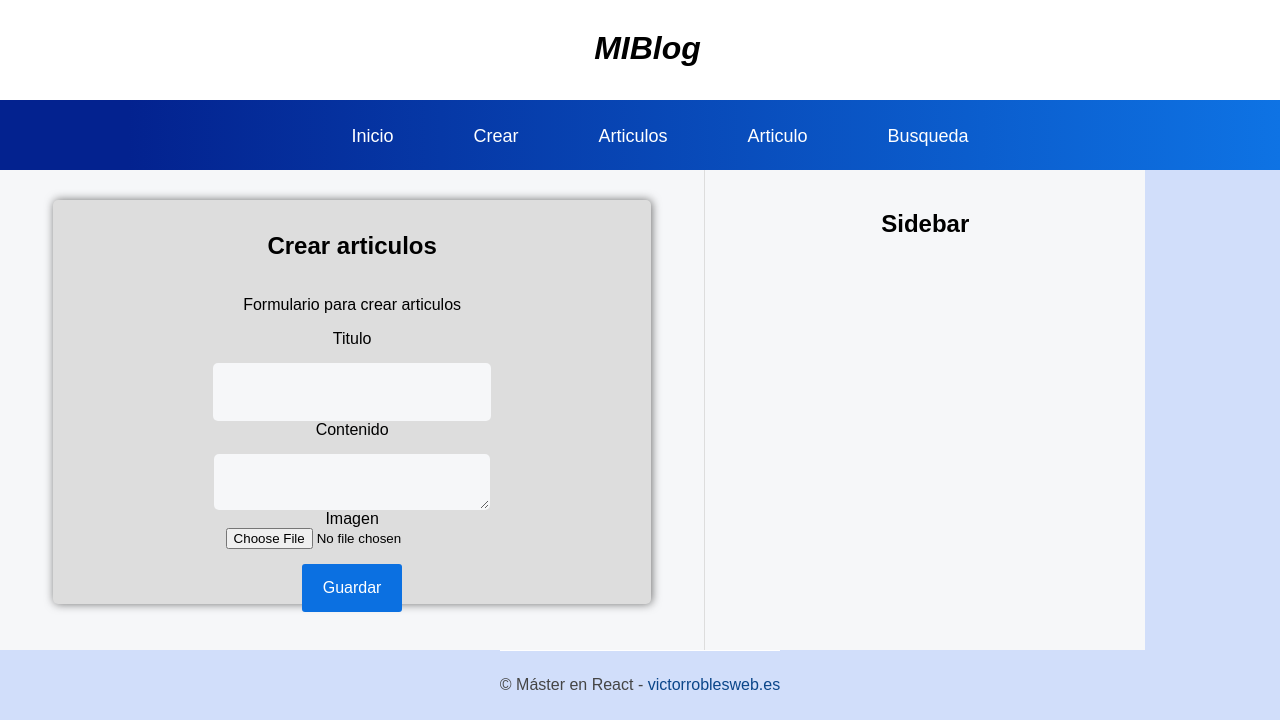
Repository: DamianBermudez94/frondEnd-blog
Page: /crear
The author's editor kept a copy of each file at every save. The page is drawn from the files as they stood at one save, then again after the next save.
The browser window is 1280 px wide. The pictures show the whole page.
The project was rebuilt for these pictures with package versions that can differ from the ones it lists, and the page was loaded fresh each time. Also part of the build but not shown: vite.config.js, src/components/pages/Inicio.jsx, src/components/pages/Busqueda.jsx, src/helper/Global.jsx, src/helper/Peticion.jsx, src/components/pages/Listado.jsx, src/components/pages/Articulos.jsx, src/components/pages/Articulo.jsx.

Above is the page before, as saved 2023-08-14 19:25:21.

After the next save:
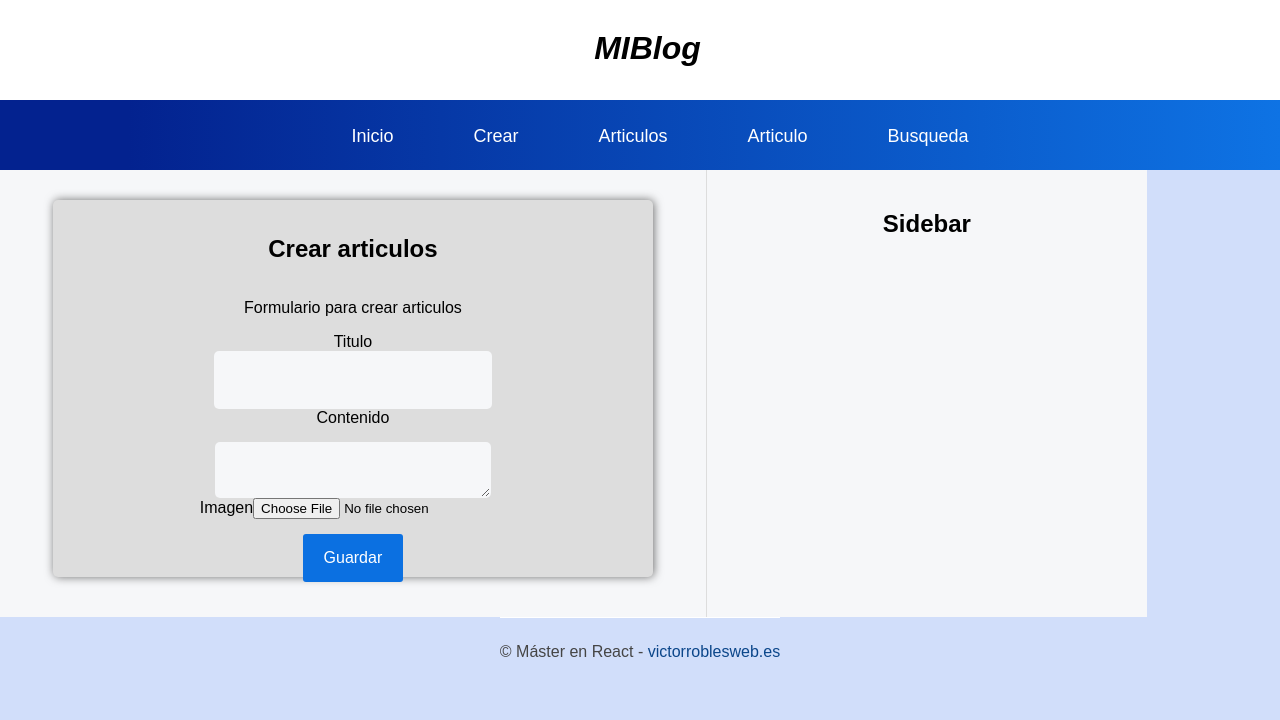
Saved 39 s later.
--- a/src/index.css
+++ b/src/index.css
@@ -283,7 +283,8 @@ textarea
 .formulario{
  margin-top: 0;
 }
-.grup-form{
+.grup-form label,
+.grup-form input{
   margin: 0 auto;
   margin-top: 0;
   max-width: 300px;
